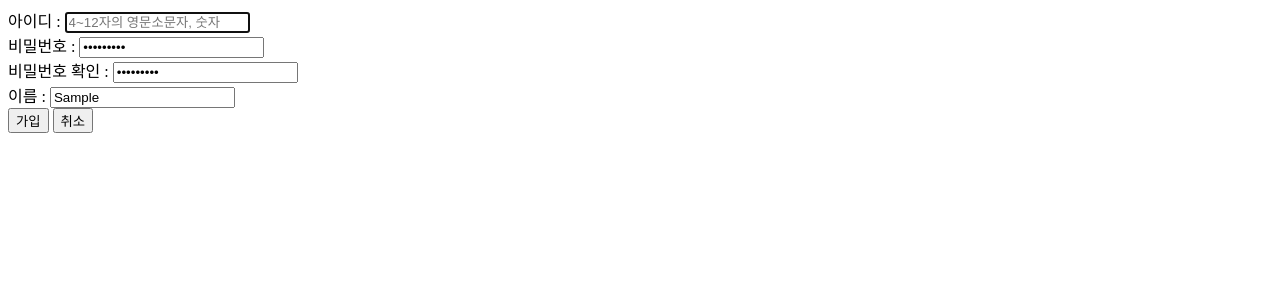
Repository: ih0615/NewJSP
Page: http://localhost/board/views/member/registerForm.jsp
These files come from the project's save history. The page is drawn as it stood at one moment and after the next save; the edit follows.
The browser window is 1280 px wide. The pictures show the whole page.
Empty fields were first filled with sample values (such as "Sample", 5 or name@example.com).
After loading, the first visible `button` was clicked once.
The page is served by Tomcat 9. Nobody is signed in. The application's start-up code is not run.

Above is the page before, as saved 2020-11-20 03:43:35.

After the next save:
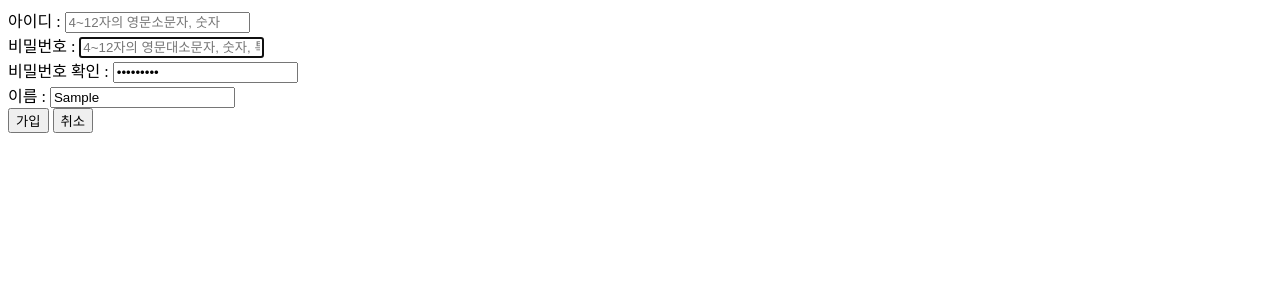
Saved 40 s later.
--- a/board/WebContent/views/member/registerForm.jsp
+++ b/board/WebContent/views/member/registerForm.jsp
@@ -44,7 +44,12 @@
 			$('#id').focus();
 		}
 
-		var regExpPwd = new RegExp("^[a-z][A-Z][0-9][!@#$%^&]{4,12}$");
+		var regExpPwd = new RegExp("^[a-z][A-Z][0-9][!@#$%^&]{4,12}$","g");
+		if (regExpId.exec(pwd) == null) {
+			alert("잘못된 아이디 형식입니다.");
+			$('#pwd').val('');
+			$('#pwd').focus();
+		}
 	}
 </script>
 </head>
